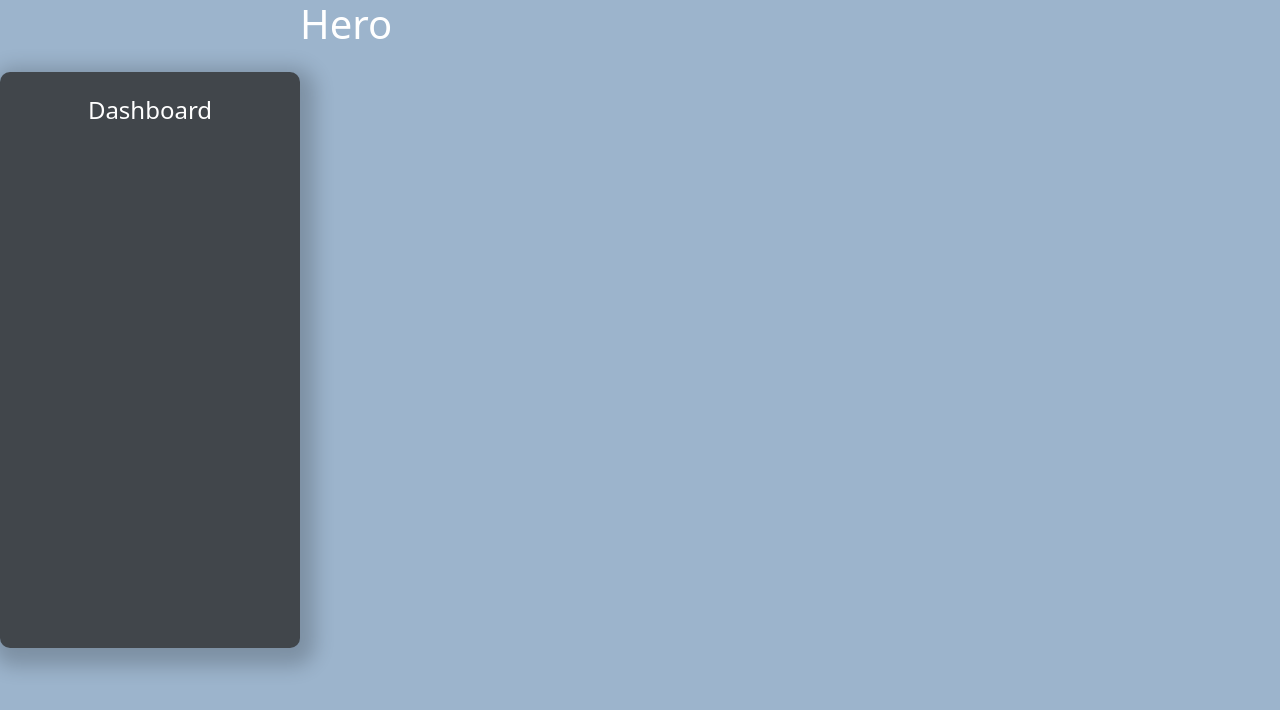
Repository: iamevs/Employee-Management-System
Page: / (app in client/)
The author's editor kept a copy of each file at every save. The page is drawn from the files as they stood at one save, then again after the next save.
The browser window is 1280 px wide. The pictures show the whole page.
The project was rebuilt for these pictures with package versions that can differ from the ones it lists, and the page was loaded fresh each time. Also part of the build but not shown: client/vite.config.js, client/src/App.css, client/src/components/Home.jsx, client/src/components/Register.jsx, client/src/components/Edit.jsx. Imported but missing from the stored project, and not drawn on this page: client/src/components/Details.

Above is the page before, as saved 2022-11-29 01:47:32.

After the next save:
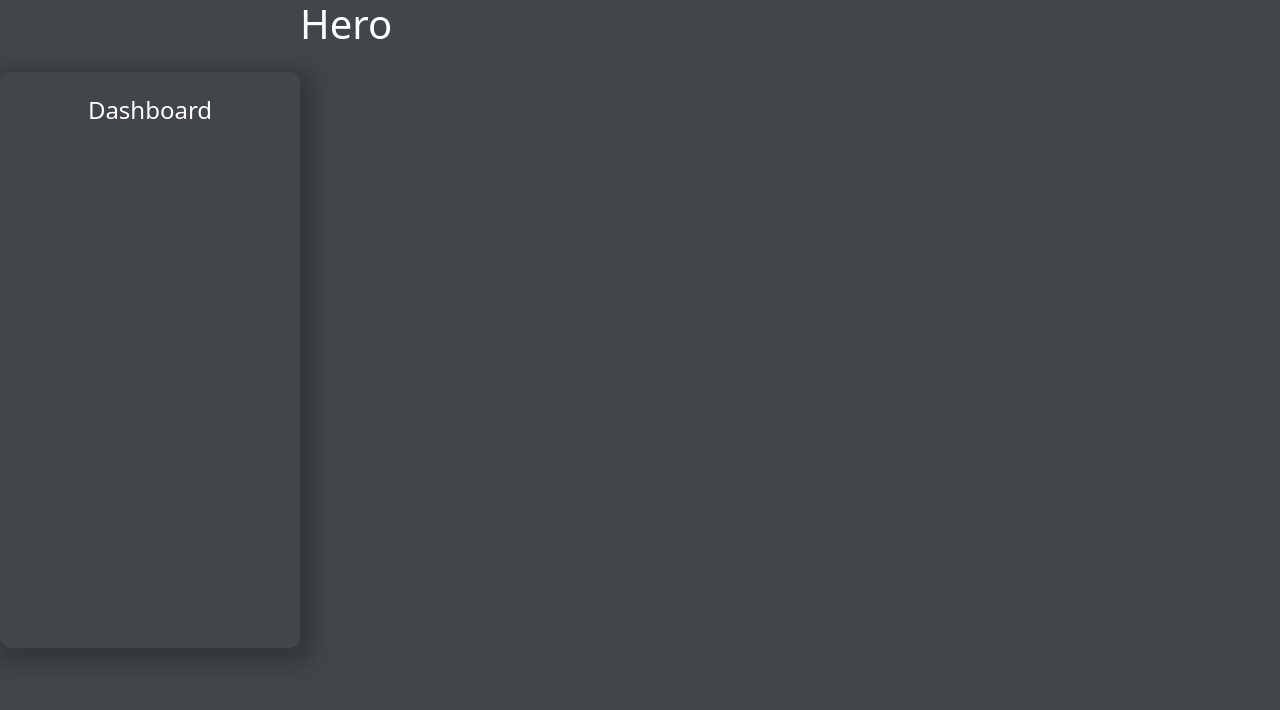
Saved 7 s later.
--- a/client/src/index.css
+++ b/client/src/index.css
@@ -5,7 +5,7 @@ body {
   margin: 0;
   -webkit-font-smoothing: antialiased;
   -moz-osx-font-smoothing: grayscale;
-  background-color: #9CB4CC !important;
+  background-color: #41464b !important;
   color: #fff !important;
 }
 
